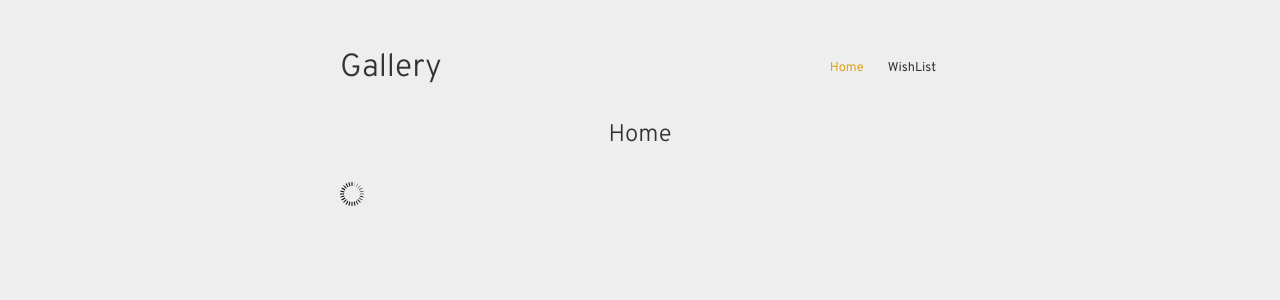
Repository: azwick/image-gallery
Page: /
An editor plug-in stored every save of this project. The page is shown before and after the next save, followed by the edit.
The browser window is 1280 px wide. The pictures show the whole page.
The page's requests for data from a server got no answer. The project was rebuilt for these pictures with package versions that can differ from the ones it lists, and the page was loaded fresh each time. No one was signed in, and anything a server would have sent is missing. Also part of the build but not shown: vite.config.ts, src/components/SVGs.tsx, src/components/ImageListItem.tsx, src/WishListView.tsx, src/components/imageList.scss, src/components/ImageList.tsx.

Above is the page before, as saved 2023-12-14 13:18:25.

After the next save:
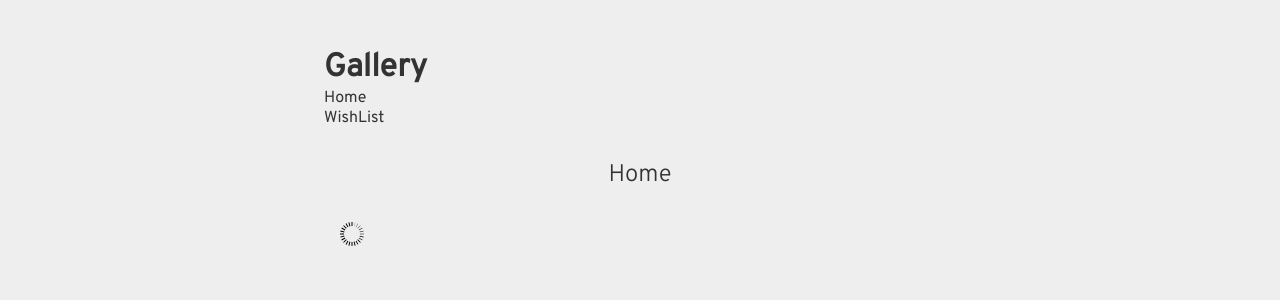
Saved 112 s later.
--- a/src/App.tsx
+++ b/src/App.tsx
@@ -26,12 +26,12 @@ const App = () => {
 
   return (
     <main className="page">
-      <header className="header">
-        <h1 className="header-title">Gallery</h1>
-        <nav className="header-nav">
-          <ul className="header-nav-list">
-            <li onClick={() => setShowHomeView(true)} className={showHomeView ? 'header-nav-list-item active' : 'header-nav-list-item'}>Home</li>
-            <li onClick={() => setShowHomeView(false)} className={!showHomeView ? 'header-nav-list-item active' : 'header-nav-list-item'}>WishList</li>
+      <header className="pageHead">
+        <h1 className="pageHead-title">Gallery</h1>
+        <nav className="pageHead-nav">
+          <ul className="pageHead-nav-list">
+            <li onClick={() => setShowHomeView(true)} className={showHomeView ? 'pageHead-nav-list-item active' : 'pageHead-nav-list-item'}>Home</li>
+            <li onClick={() => setShowHomeView(false)} className={!showHomeView ? 'pageHead-nav-list-item active' : 'pageHead-nav-list-item'}>WishList</li>
           </ul>
         </nav>
       </header>

After the save that followed:
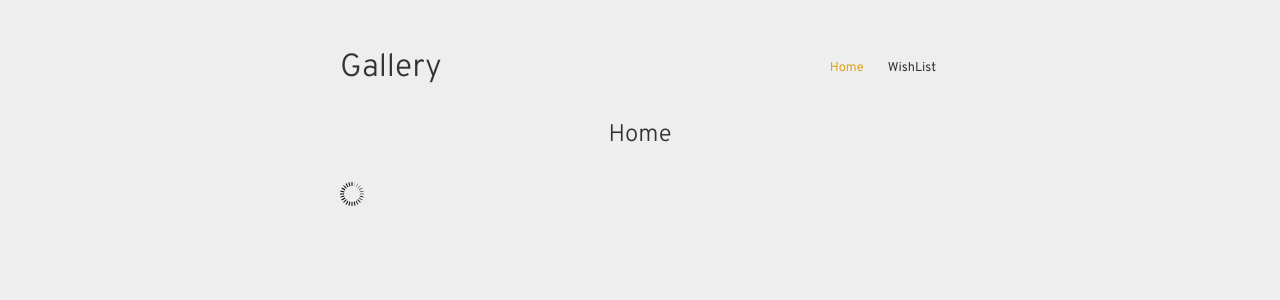
Saved 8 s later.
--- a/src/styles/styles.scss
+++ b/src/styles/styles.scss
@@ -57,7 +57,7 @@ button {
   }
 }
 
-.header {
+.pageHead {
   display: grid;
   grid-template-columns: auto auto;
   justify-content: space-between;
